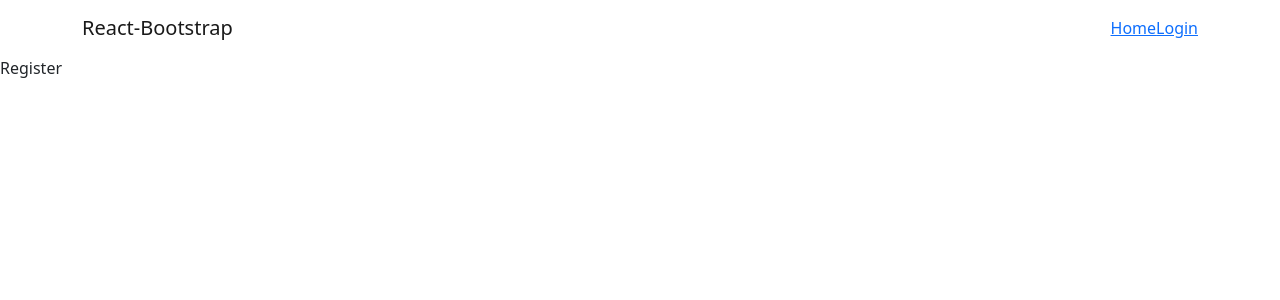
Repository: RubaHusam/MERN-Auth
Page: /register (app in frontend/)
These files come from the project's save history. The page is drawn as it stood at one moment and after the next save; the edit follows.
The browser window is 1280 px wide. The pictures show the whole page.
The project was rebuilt for these pictures with package versions that can differ from the ones it lists, and the page was loaded fresh each time.

Above is the page before, as saved 2023-01-27 18:05:33.

After the next save:
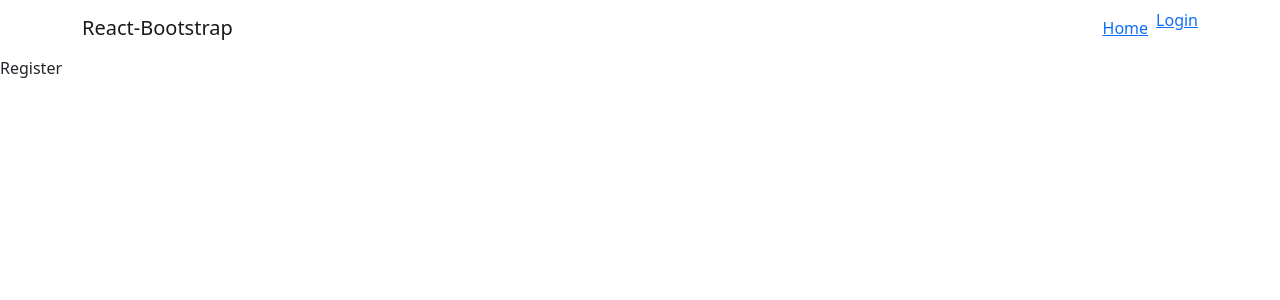
Saved 33 s later.
--- a/frontend/src/components/Layout/Header.js
+++ b/frontend/src/components/Layout/Header.js
@@ -16,7 +16,10 @@ export default function Header() {
                 justifyContent: 'right',
                 width: '100%',
               }}>
-              <Link to='/'>Home</Link>
+              <Nav.Link>
+                {' '}
+                <Link to='/'>Home</Link>
+              </Nav.Link>
               <Link to='/login'>Login</Link>
             </Nav>
           </Navbar.Collapse>
